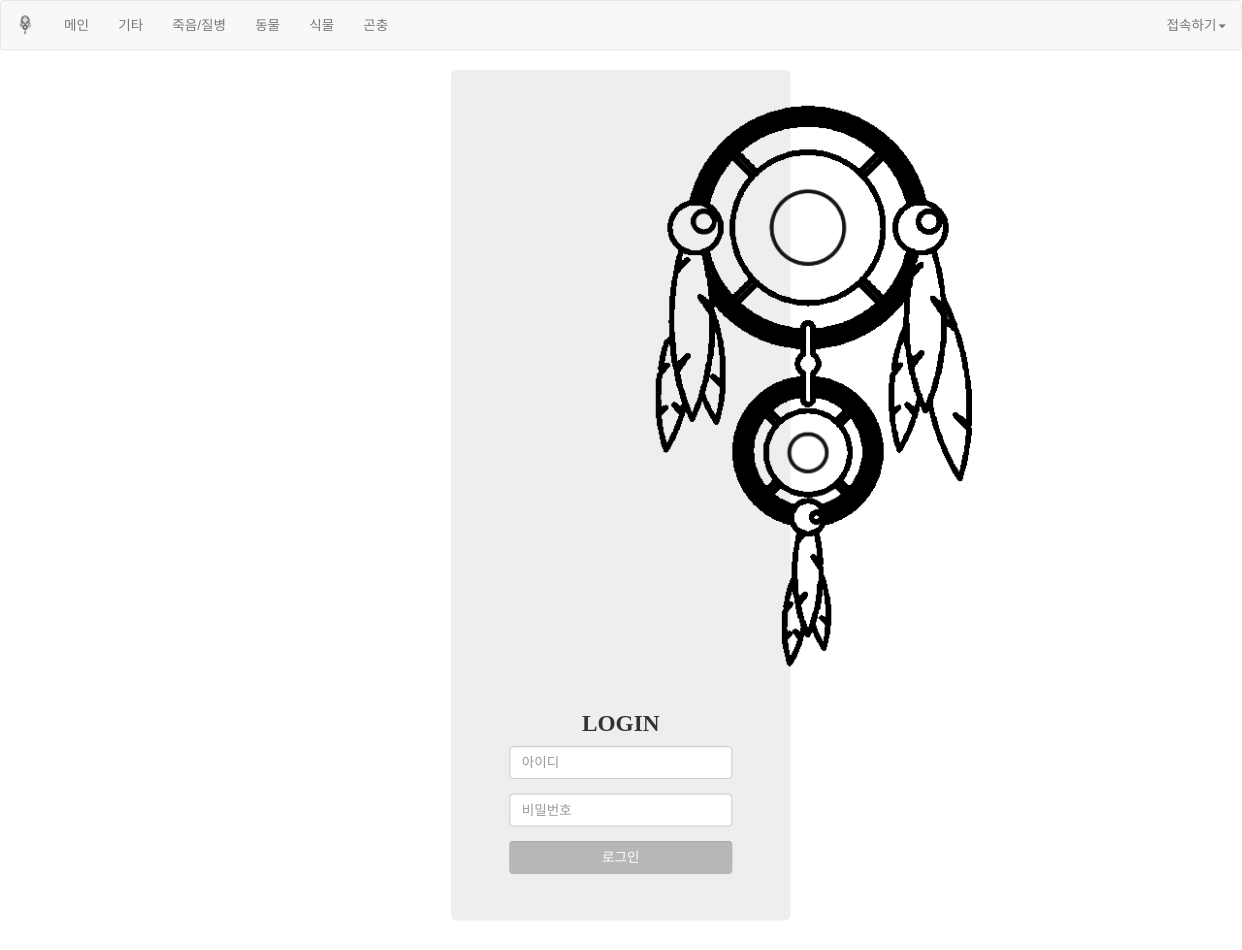
Repository: tjshee39/-1-2
Page: http://localhost/BBS/login.jsp
An editor plug-in stored every save of this project. The page is shown before and after the next save, followed by the edit.
The browser window is 1280 px wide. The pictures show the whole page, at 97% of full size.
Some web fonts or font styles are not loaded; a fallback is used. Some web libraries are served in a nearby version. The page is served by Tomcat 9. Other server files are loaded and not shown.

Above is the page before, as saved 2020-06-27 09:12:42.

### project/BBS/WebContent/login.jsp
<%@ page language="java" contentType="text/html; charset=UTF-8"
    pageEncoding="UTF-8"%>
<!DOCTYPE html>
<html>
<head>
<meta charset="UTF-8">
<meta name="viewport" content="width=device-width", initial-scale="1">
<link rel="stylesheet" href="css/bootstrap.min.css">  <!-- bootstrap: 디자인 프레임워크(반응형) -->
<link rel="stylesheet" href="css/custom.css">
<title>JSP BBS</title>
</head>
<body>
	<nav class="navbar navbar-default">
		<div class="navbar-header">
			<button type="button" class="navbar-toggle collapsed"
				data-toggle="collapse" data-target="#bs-example-navbar-collapse-1"
				aria-expanded="false">
				<span class="icon-bar"></span>  <!-- 메뉴 -->
				<span class="icon-bar"></span>
				<span class="icon-bar"></span>
			</button>
			<a class="navbar-brand" href="main.jsp"><img src="images/titleLogo.png" height="100%"></a>
		</div>
		<div class="collapse navbar-collapse" id="bs-example-navbar-collapse-1">
			<ul class="nav navbar-nav">
				<li><a href="main.jsp">메인</a></li>
				<li><a href="bbs.jsp">기타</a></li>
				<li><a href="bbsLife.jsp">죽음/질병</a>
				<li><a href="bbsAnimal.jsp">동물</a>
				<li><a href="bbsPlant.jsp">식물</a>
				<li><a href="bbsInsect.jsp">곤충</a>
			</ul>
			<ul class="nav navbar-nav navbar-right">
				<li class="dropdown">
					<a href="#" class="dropdown-toggle"
						data-toggle="dropdown" role="button" aria-haspopup="true"
						aria-expanded="false">접속하기<span class="caret"></span></a>
					<ul class="dropdown-menu">
						<li class="active"><a href="login.jsp">로그인</a></li>  <!-- active: 현재 선택된 페이지(?) -->
						<li><a href="join.jsp">회원가입</a></li>
					</ul>
				</li>
			</ul>
		</div>
	</nav>
	<!-- 로그인 양식 -->
	<div class="container">
		<div class="col-lg-4"></div>
		<div class="col-lg-4">
			<div class="jumbotron" style="padding-top:20px;">
				<form method="post" action="loginAction.jsp">  <!-- post: 정보를 숨기면서 보내는 메소드 / loginAction.jsp로 로그인 정보 보냄 -->
					<img src="images/titleLogo.png" style="display:block; margin:auto">
					<h3 id="login" style="text-align: center; font-family:'Source Serif Pro', serif;
					font-weight:700">LOGIN</h3>
					<div class="form-group">
						<input type="text" class="form-control" placeholder="아이디" name="userID" maxlength="20">
					</div>
					<div class="form-group">
						<input type="password" class="form-control" placeholder="비밀번호" name="userPassword" maxlength="20">
					</div>
					<input type="submit" class="btn btn-primary form-control" value="로그인"
					style="background-color: #b7b7b7; border:#b7b7b7">
				</form>
			</div>
		</div>
	<script src="https://ajax.googleapis.com/ajax/libs/jquery/1.12.4/jquery.min.js"></script>
	<script src="js/bootstrap.js"></script>
</body>
</html>

### project/BBS/WebContent/css/custom.css
@import url('https://fonts.googleapis.com/css2?family=Nanum+Gothic&display=swap');  <!-- 구글 제공 폰트 -->
@import url('https://fonts.googleapis.com/css2?family=Nanum+Gothic&family=Open+Sans&family=Ubuntu&display=swap');
@import url('https://fonts.googleapis.com/css2?family=Source+Serif+Pro:wght@600&display=swap');

### project/BBS/WebContent/navbar_header.jsp
<%@ page language="java" contentType="text/html; charset=EUC-KR"
    pageEncoding="EUC-KR"%>
<!DOCTYPE html>
<html>
<head>
<meta charset="EUC-KR">
<title>Insert title here</title>
</head>
<body>
<script src="//code.jquery.com/jquery-1.11.0.min.js" />
	<%   //로그인 된 사람들의 정보를 담을 수 있도록 만듦
		String userID = null;
		if (session.getAttribute("userID") != null) {  //현재 세션이 존재하는 사람이라면 ID값을 그대로 받아 관리할 수 있도록 만듦
			userID = (String) session.getAttribute("userID");
		}  //userID라는 변수에 해당ID가 담기고 그렇지 않은 사람들은 null
	%>

<script type="text/javascript">
	$(document).ready(function() {
		$('.collapse navbar-collapse').find('a[href="' + document.location.pathname + '"]').parents('li').addClass('active');
	});
</script>

	<nav class="navbar navbar-default">
		<div class="navbar-header">
			<button type="button" class="navbar-toggle collapsed"
				data-toggle="collapse" data-target="#bs-example-navbar-collapse-1"
				aria-expanded="false">
				<span class="icon-bar"></span>  <!-- 메뉴 -->
				<span class="icon-bar"></span>
				<span class="icon-bar"></span>
				<span class="icon-bar"></span>
				<span class="icon-bar"></span>
				<span class="icon-bar"></span>
				<span class="icon-bar"></span>
			</button>
			<a class="navbar-brand" href="main.jsp"><img src="images/navTitle.png" height="100%"></a>
		</div>
		<div class="collapse navbar-collapse" id="bs-example-navbar-collapse-1">
			<ul class="nav navbar-nav">
				<li><a href="main.jsp">메인</a></li>  <!-- active: 현재 접속한 페이지 -->
				<li><a href="bbs.jsp">기타</a></li>
				<li><a href="bbsLife.jsp">죽음/질병</a>
				<li><a href="bbsAnimal.jsp">동물</a>
				<li><a href="bbsPlant.jsp">식물</a>
				<li><a href="bbsInsect.jsp">곤충</a>
			</ul>
			<%  //로그인 되어있지 않은 경우만 나올 수 있음
				if (userID == null) {
			%>
			<ul class="nav navbar-nav navbar-right">
				<li class="dropdown">
					<a href="#" class="dropdown-toggle"
						data-toggle="dropdown" role="button" aria-haspopup="true"
						aria-expanded="false">접속하기<span class="caret"></span></a>
					<ul class="dropdown-menu">
						<li><a href="login.jsp">로그인</a></li>
						<li><a href="join.jsp">회원가입</a></li>
					</ul>
				</li>
			</ul>
			<%
				} else {   //로그인 되어있을 때
			%>
			<ul class="nav navbar-nav navbar-right">
				<li class="dropdown">
					<a href="#" class="dropdown-toggle"
						data-toggle="dropdown" role="button" aria-haspopup="true"
						aria-expanded="false">회원관리<span class="caret"></span></a>
					<ul class="dropdown-menu">
						<li><a href="logoutAction.jsp">로그아웃</a></li>
					</ul>
				</li>
			</ul>
			<%
				}
			%>
		</div>
	</nav>
</body>
</html>

Loaded but not shown: project/BBS/WebContent/css/bootstrap.min.css (library); project/BBS/WebContent/js/bootstrap.js (library)

After the next save:
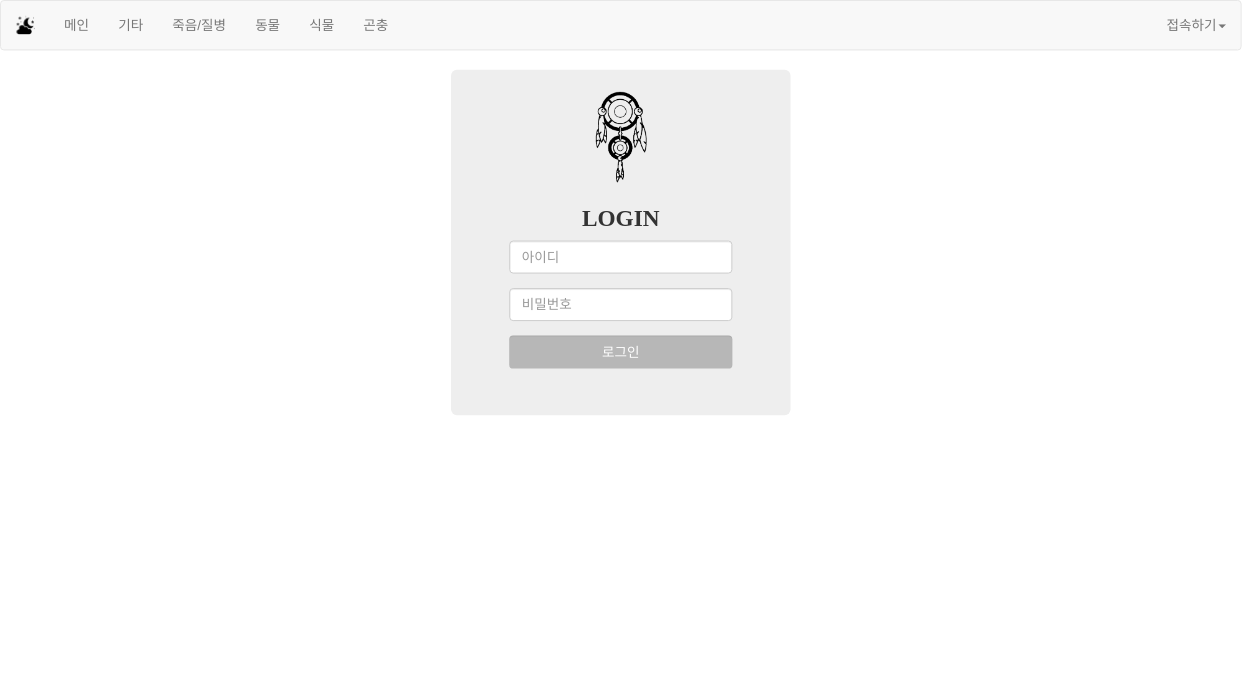
Saved 4 s later.
--- a/project/BBS/WebContent/login.jsp
+++ b/project/BBS/WebContent/login.jsp
@@ -10,46 +10,15 @@
 <title>JSP BBS</title>
 </head>
 <body>
-	<nav class="navbar navbar-default">
-		<div class="navbar-header">
-			<button type="button" class="navbar-toggle collapsed"
-				data-toggle="collapse" data-target="#bs-example-navbar-collapse-1"
-				aria-expanded="false">
-				<span class="icon-bar"></span>  <!-- 메뉴 -->
-				<span class="icon-bar"></span>
-				<span class="icon-bar"></span>
-			</button>
-			<a class="navbar-brand" href="main.jsp"><img src="images/titleLogo.png" height="100%"></a>
-		</div>
-		<div class="collapse navbar-collapse" id="bs-example-navbar-collapse-1">
-			<ul class="nav navbar-nav">
-				<li><a href="main.jsp">메인</a></li>
-				<li><a href="bbs.jsp">기타</a></li>
-				<li><a href="bbsLife.jsp">죽음/질병</a>
-				<li><a href="bbsAnimal.jsp">동물</a>
-				<li><a href="bbsPlant.jsp">식물</a>
-				<li><a href="bbsInsect.jsp">곤충</a>
-			</ul>
-			<ul class="nav navbar-nav navbar-right">
-				<li class="dropdown">
-					<a href="#" class="dropdown-toggle"
-						data-toggle="dropdown" role="button" aria-haspopup="true"
-						aria-expanded="false">접속하기<span class="caret"></span></a>
-					<ul class="dropdown-menu">
-						<li class="active"><a href="login.jsp">로그인</a></li>  <!-- active: 현재 선택된 페이지(?) -->
-						<li><a href="join.jsp">회원가입</a></li>
-					</ul>
-				</li>
-			</ul>
-		</div>
-	</nav>
+	<jsp:include page="navbar_header.jsp" />
+
 	<!-- 로그인 양식 -->
 	<div class="container">
 		<div class="col-lg-4"></div>
 		<div class="col-lg-4">
 			<div class="jumbotron" style="padding-top:20px;">
 				<form method="post" action="loginAction.jsp">  <!-- post: 정보를 숨기면서 보내는 메소드 / loginAction.jsp로 로그인 정보 보냄 -->
-					<img src="images/titleLogo.png" style="display:block; margin:auto">
+					<img src="images/titleLogo.png" style="display:block; margin:auto; width: 100px; height: 100px;">
 					<h3 id="login" style="text-align: center; font-family:'Source Serif Pro', serif;
 					font-weight:700">LOGIN</h3>
 					<div class="form-group">
